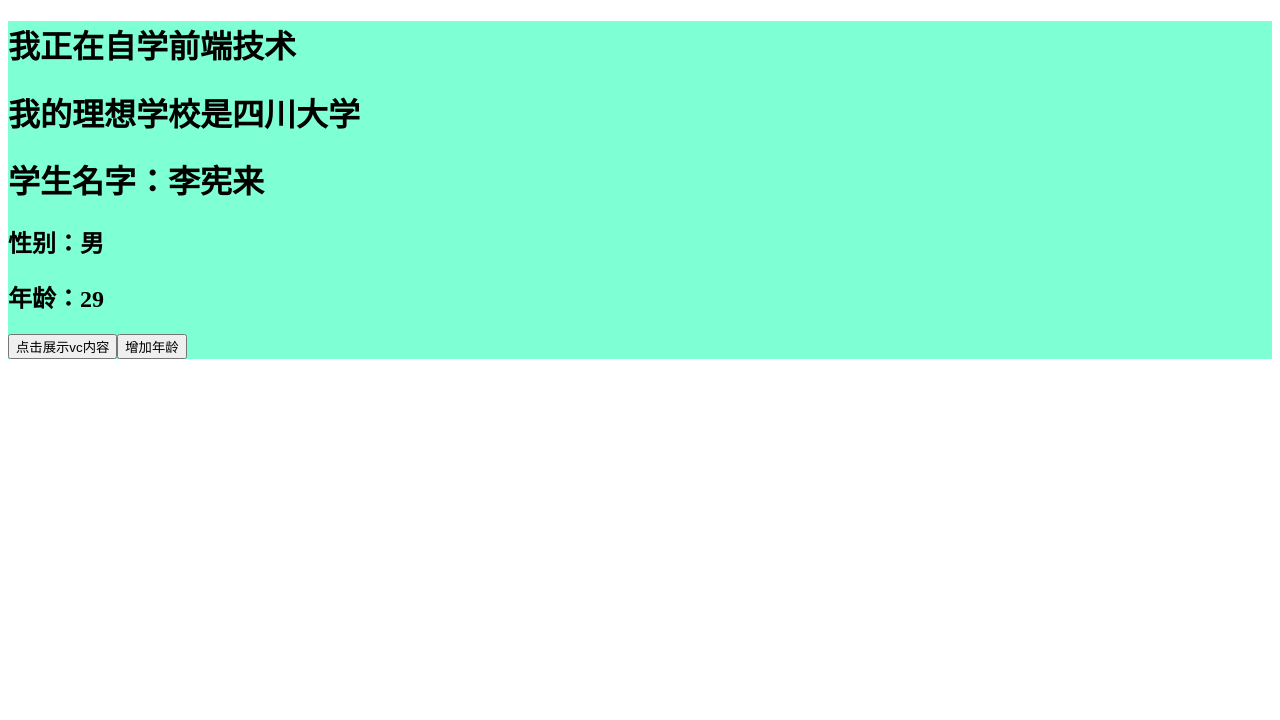
Repository: Lixianlai-2/The-journey-of-learning-Vue
Page: / (app in afterVueCli/Vue_Test/)
The author's editor kept a copy of each file at every save. The page is drawn from the files as they stood at one save, then again after the next save.
The browser window is 1280 px wide. The pictures show the whole page.
The project was rebuilt for these pictures with package versions that can differ from the ones it lists, and the page was loaded fresh each time.

Above is the page before, as saved 2022-04-11 12:02:25.

### afterVueCli/Vue_Test/src/App.vue
<template>
  <div id="app">
    <h1 v-text="msg" ref="title"></h1>
    <student ref="sch" studentName="李宪来" gender="男" :age="28" />
  </div>
</template>

<script>
import student from "./components/student.vue";

export default {
  name: "App",
  components: {
    student,
  },
  data() {
    return {
      msg: "我正在自学前端技术",
    };
  },
};
</script>

<style>
#app {
  background-color: aquamarine;
}
</style>

### afterVueCli/Vue_Test/src/components/student.vue
<template>
  <div>
    <h1>我的理想学校是{{ msg }}</h1>
    <h1>学生名字：{{ studentName }}</h1>
    <h2>性别：{{ gender }}</h2>
    <h2>年龄：{{ myAge + 1 }}</h2>
    <button @click="showVc">点击展示vc内容</button>
    <button @click="addAge">增加年龄</button>
  </div>
</template>

<script>
export default {
  data() {
    return {
      msg: "四川大学",
      myAge: this.age,
    };
  },
  props: ["studentName", "gender", "age"],
  methods: {
    showVc() {
      console.log(this);
    },
    addAge() {
      this.myAge++;
      console.log("works");
    },
  },
};
</script>

<style></style>

Loaded but not shown: afterVueCli/Vue_Test/public/index.html (common file); afterVueCli/Vue_Test/src/main.js (common file)

After the next save:
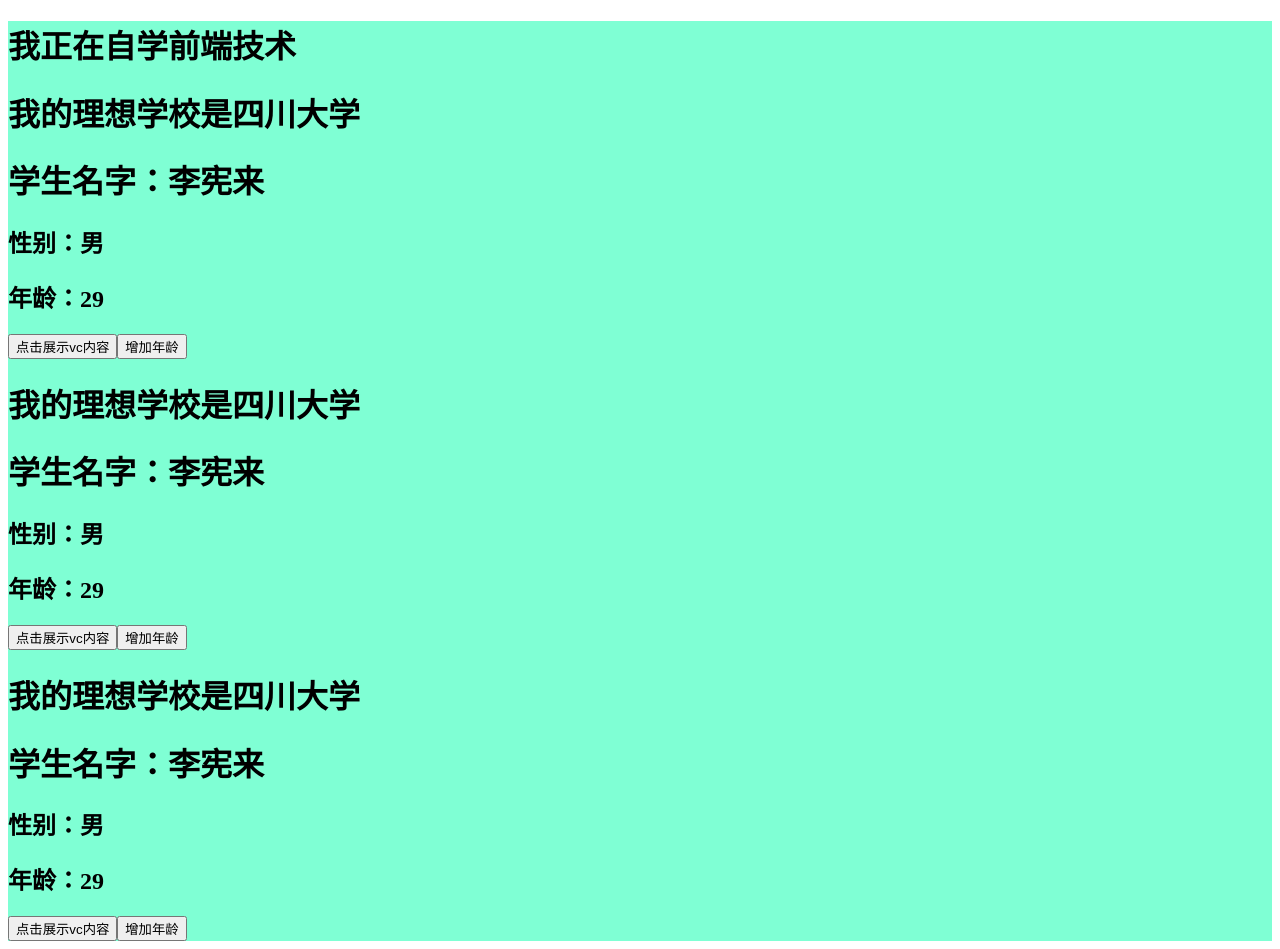
Saved 5 min 22 s later.
--- a/afterVueCli/Vue_Test/src/App.vue
+++ b/afterVueCli/Vue_Test/src/App.vue
@@ -1,6 +1,8 @@
 <template>
   <div id="app">
     <h1 v-text="msg" ref="title"></h1>
+    <student ref="sch" studentName="李宪来" gender="男" :age="28" />
+    <student ref="sch" studentName="李宪来" gender="男" :age="28" />
     <student ref="sch" studentName="李宪来" gender="男" :age="28" />
   </div>
 </template>
